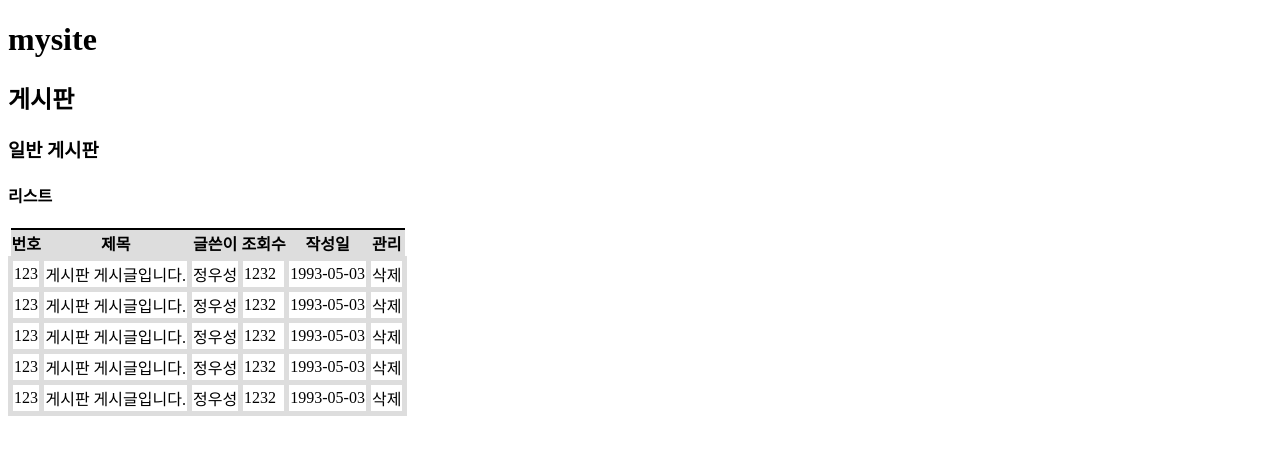
Repository: jeemaru/htme_01
Page: css_02/ex_04-1.html
These files come from the project's save history. The page is drawn as it stood at one moment and after the next save; the edit follows.
The browser window is 1280 px wide. The pictures show the whole page.

Above is the page before, as saved 2022-04-07 08:48:45.

After the next save:
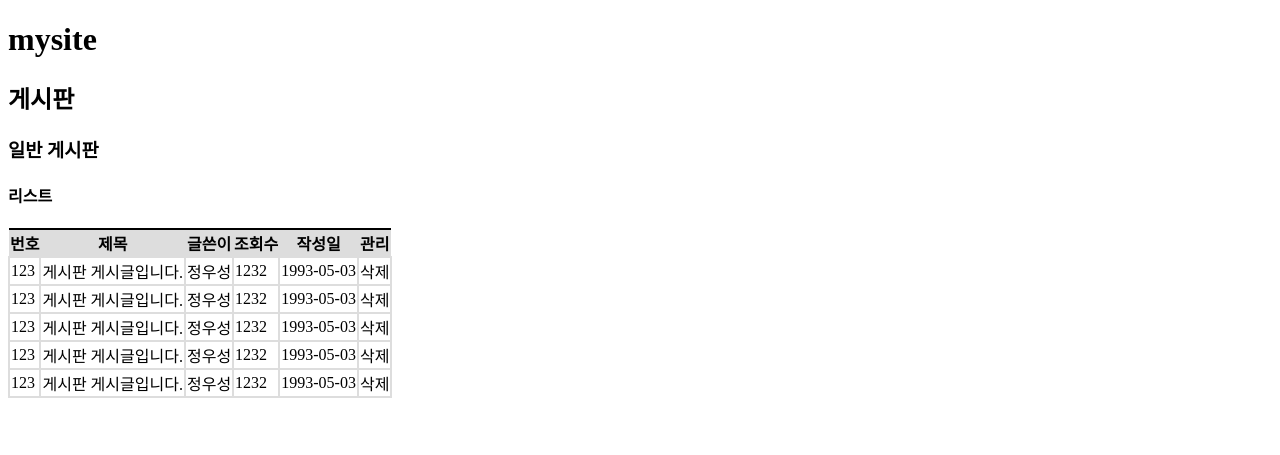
Saved 11 s later.
--- a/css_02/ex_04-1.html
+++ b/css_02/ex_04-1.html
@@ -11,7 +11,7 @@
         		  border: 2px solid #000000;
         		  border-right: 0px;
         		  border-left: 0px;}
-        	td{border: 5px solid #dddddd;}
+        	td{border: 2px solid #dddddd;}
 
 
         </style>
